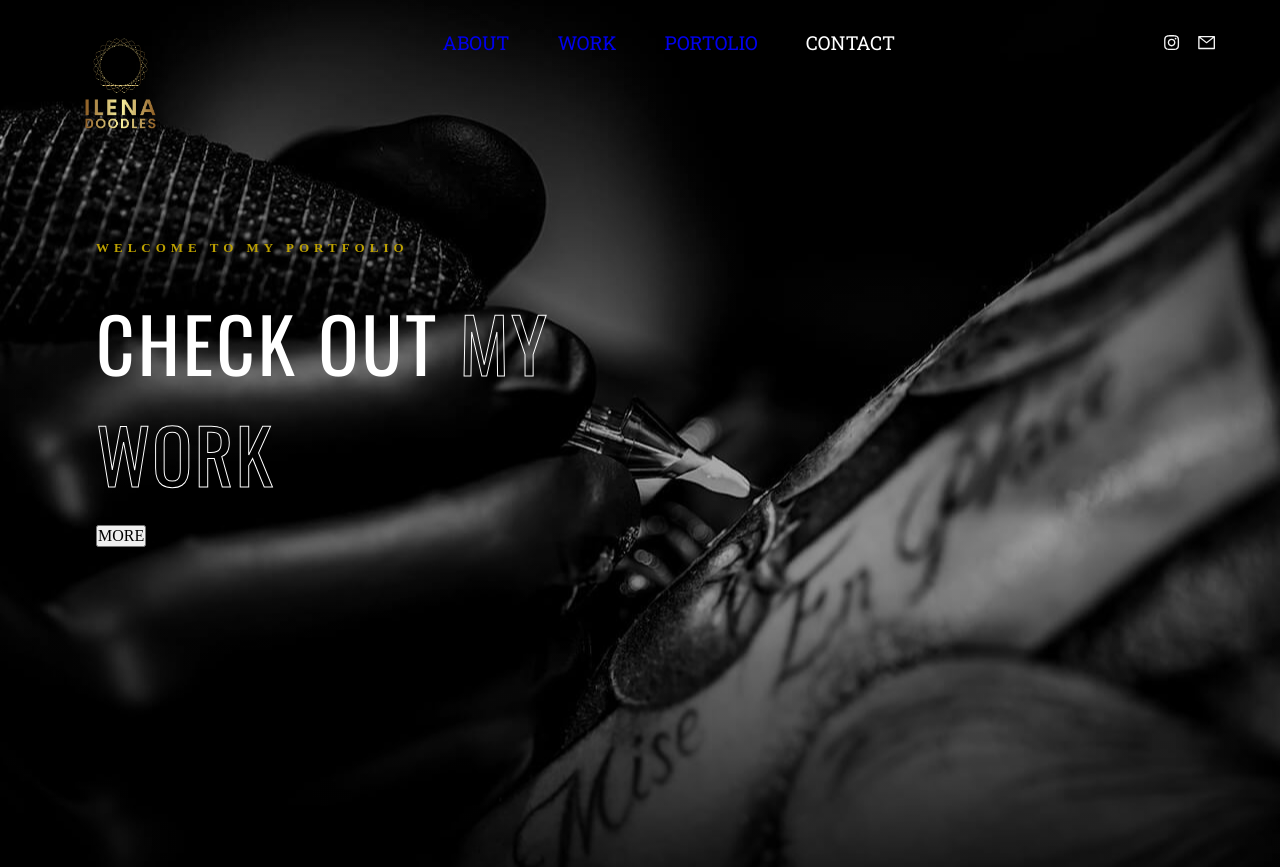
Repository: Leoka2000/Ilena
Page: /portfolio
The author's editor kept a copy of each file at every save. The page is drawn from the files as they stood at one save, then again after the next save.
The browser window is 1280 px wide. The pictures show the whole page.
Backgrounds fixed to the window are drawn as part of the page. Some web fonts or font styles are not loaded; a fallback is used. The project was rebuilt for these pictures with package versions that can differ from the ones it lists, and the page was loaded fresh each time. Also part of the build but not shown: src/pages/hero/hero.css, src/pages/hero/hero.js, src/pages/about/about.css, src/pages/about/about.jsx, src/pages/home/home.js.

Above is the page before, as saved 2023-03-03 22:51:41.

After the next save:
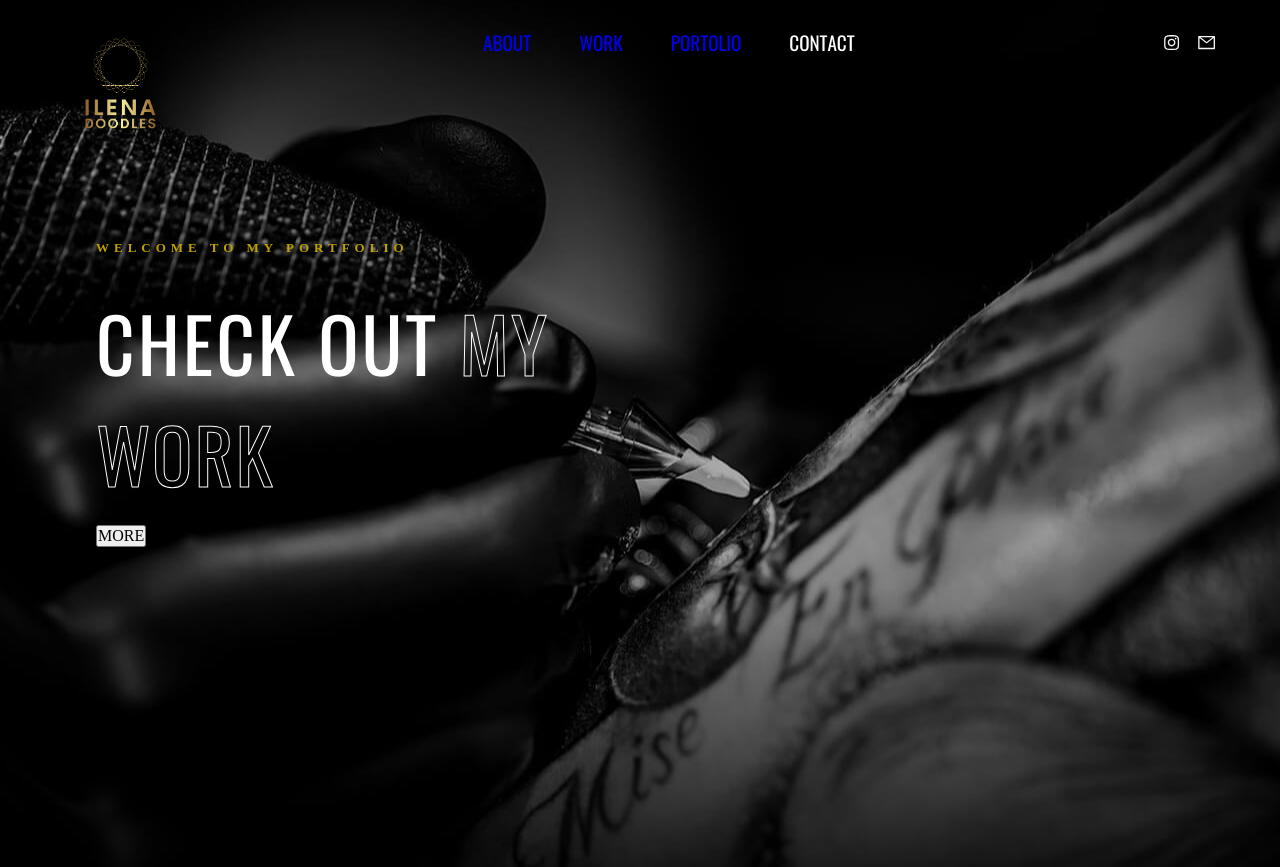
Saved 12 s later.
--- a/src/components/navbar.css
+++ b/src/components/navbar.css
@@ -30,6 +30,7 @@ nav > ul {
     gap: 3rem;
     font-size: 1.2rem;
     color: white;
+    font-family: 'Oswald', sans-serif;
 }
 nav > ul > li:hover {
     color: rgb(133, 113, 0);
